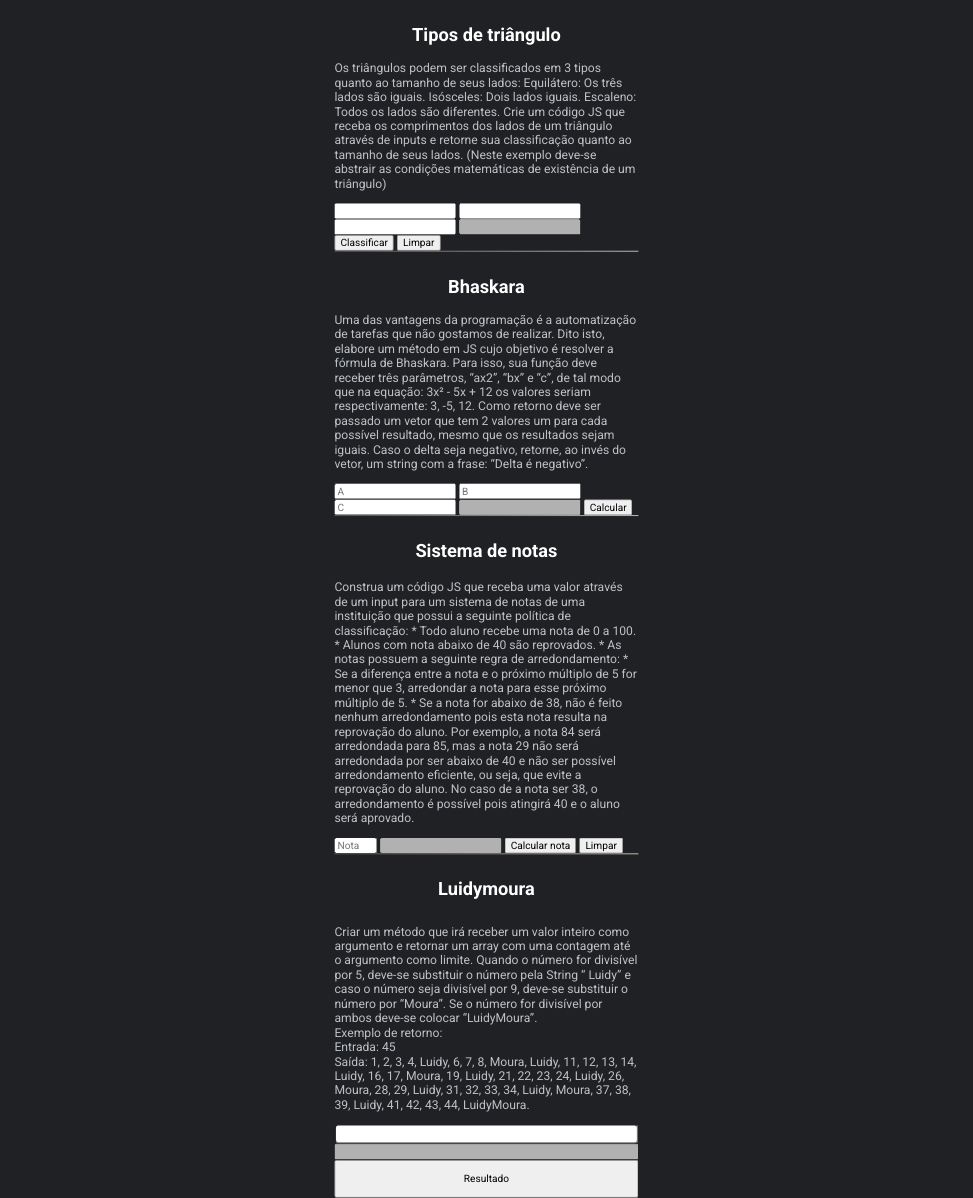
Repository: viviij/Fun-es-Simples-JavaScript
Page: index.html
These files come from the project's save history. The page is drawn as it stood at one moment and after the next save; the edit follows.
The browser window is 1280 px wide. The pictures show the whole page, at 76% of full size.

Above is the page before, as saved 2022-08-26 20:37:30.

### index.html
<!DOCTYPE html>
<html lang="ptBR">
  <head>
    <meta charset="UTF-8">
    <link rel="preconnect" href="https://fonts.gstatic.com" crossorigin>
    <link rel="preconnect" href="https://fonts.googleapis.com">
    <meta http-equiv="X-UA-Compatible" content="IE=edge">
    <meta name="viewport" content="width=device-width, initial-scale=1.0">

    <link href="https://fonts.googleapis.com/css2?family=Roboto:wght@400;700&display=swap" rel="stylesheet">

    <link rel="stylesheet" href="styles.css">
    <title>Prova C3C</title>
  </head>
  <body>
    <div class="container">
      <section class="Tipos de Triângulo">
        <header>
          <h1>Tipos de triângulo</h1>
          <p>
            Os triângulos podem ser classificados em 3 tipos quanto ao tamanho de seus lados:

            Equilátero: Os três lados são iguais.
            Isósceles: Dois lados iguais.
            Escaleno: Todos os lados são diferentes.

            Crie um código JS que receba os comprimentos dos lados de um triângulo através de inputs e retorne sua classificação quanto ao tamanho de seus lados. (Neste exemplo deve-se abstrair as condições matemáticas de existência de um triângulo)
          </p>

        </header>
        <div class="main">
          <input type="number" name="trianguloLado1" id="trianguloLado1"/>
          <input type="number" name="trianguloLado2" id="trianguloLado2"/>
          <input type="number" name="trianguloLado3" id="trianguloLado3"/>

          <input type="text" name="tipoDeTriangulo" id="tipoDeTriangulo" disabled/>

          <button id="classificacaoTriangulo">Classificar</button>
          <button id="limparInputBotao">Limpar</button>
        </div>
      </section>

      <div class="linhaDeDivisaoDasQuestoes"></div>

      <section class="Bhaskara">
        <header>
          <h2>Bhaskara</h2>
          <p>Uma das vantagens da programação é a automatização de tarefas que não gostamos de realizar. Dito isto, elabore um método em JS cujo objetivo é resolver a fórmula de Bhaskara.

            Para isso, sua função deve receber três parâmetros, “ax2”, “bx” e “c”, de tal modo que na equação: 3x² - 5x + 12 os valores seriam respectivamente: 3, -5, 12.

            Como retorno deve ser passado um vetor que tem 2 valores um para cada possível resultado, mesmo que os resultados sejam iguais.

            Caso o delta seja negativo, retorne, ao invés do vetor, um string com a frase: “Delta é negativo”.</p>
        </header>
        <div class="main">
          <input type="number" name="bhaskaraValorA" id="bhaskaraValorA" placeholder="A"/>
          <input type="number" name="bhaskaraValorB" id="bhaskaraValorB" placeholder="B"/>
          <input type="number" name="bhaskaraValorC" id="bhaskaraValorC" placeholder="C"/>

          <input type="text" name="resultadoBhaskara" id="resultadoBhaskara" disabled/>
          <button id="calcularBhaskara">Calcular</button>
        </div>
      </section>

      <div class="linhaDeDivisaoDasQuestoes"></div>

      <section class="Sistema de Notas">
        <header>
          <h3>Sistema de notas</h3>
          <p>Construa um código JS que receba uma valor através de um input para um sistema de notas de uma instituição que possui a seguinte política de classificação:

          * Todo aluno recebe uma nota de 0 a 100.
          * Alunos com nota abaixo de 40 são reprovados.
          * As notas possuem a seguinte regra de arredondamento:
            * Se a diferença entre a nota e o próximo múltiplo de 5 for menor que 3, arredondar a nota para esse próximo múltiplo de 5.
            * Se a nota for abaixo de 38, não é feito nenhum arredondamento pois esta nota resulta na reprovação do aluno.

          Por exemplo, a nota 84 será arredondada para 85, mas a nota 29 não será arredondada por ser abaixo de 40 e não ser possível arredondamento eficiente, ou seja, que evite a reprovação do aluno.
          No caso de a nota ser 38, o arredondamento é possível pois atingirá 40 e o aluno será aprovado.</p>
        </header>
        <div class="main">
          <input type="number" name="notaRecebida" id="notaRecebida"  min="0" max="100" placeholder="Nota"/>

          <input type="text" name="arredondamentoNota" id="arredondamentoNota" disabled/>

          <button id="calcularNota">Calcular nota</button>
          <button id="limparNota">Limpar</button>
        </div>
      </section>

      <div class="linhaDeDivisaoDasQuestoes"></div>

      <section class="LuidyMoura">
        <header>
          <h4>Luidymoura</h4>
          <p>Criar um método que irá receber um valor inteiro como argumento e retornar um array com uma contagem até o argumento como limite.

          Quando o número for divisível por 5, deve-se substituir o número pela String “ Luidy” e caso o número seja divisível por 9, deve-se substituir o número por  “Moura”.
          Se o número for divisível por ambos deve-se colocar “LuidyMoura”.
          <br/>
          Exemplo de retorno:
          <br/>

          Entrada:
          45
          <br/>

          Saída:
          1, 2, 3, 4, Luidy, 6, 7, 8, Moura, Luidy, 11, 12, 13, 14, Luidy, 16, 17, Moura, 19, Luidy, 21, 22, 23, 24, Luidy, 26, Moura, 28, 29, Luidy, 31, 32, 33, 34, Luidy, Moura, 37, 38, 39, Luidy, 41, 42, 43, 44, LuidyMoura.</p>
        </header>
        <div class="main">
          <input type="number" name="valorLuidyMoura" id="valorLuidyMoura">
          <input type="text" name="resultadoLuidyMoura" id="resultadoLuidyMoura" disabled>
          <button id="calculoLuidyMoura">Resultado</button>
        </div>
      </section>
    </div>
    <script src="./js/tipos_de_triangulo.js"></script>
    <script src="./js/sistema_de_notas.js"></script>
    <script src="./js/luidymoura.js"></script>
    <script src="./js/bhaskara.js"></script>
  </body>
</html>

### styles.css
body {
  margin: 0;
  padding: 0;
  box-sizing: border-box;
  background: var(--background-color);
  display: flex;
  justify-content: center;
  font-family: 'Roboto', sans-serif;
  font-weight: 400;
}

body h1,
h2,
h3,
h4,
h5,
h6,
h7,
h8 {
  font-family: 'Roboto', sans-serif;
  font-weight: 700;
}

button,
input,
textarea,
select {
  outline: 0;
  font-family: 'Roboto', sans-serif;
  font-weight: 400;
}

a {
  text-decoration: none;
}

ul {
  list-style: none;
}

:root {
  /*CORES GLOBAIS*/
  --text-color: #bdc1c6;
  --background-color: #202124;
  --title-color: #ffffff;

}

.container section {
  max-height: auto;
  max-width: 400px;
}

section {
  color: var(--text-color);
  margin-top: 2rem;
}

.container .linhaDeDivisaoDasQuestoes {
  height: 1px;
  background: linear-gradient(270deg,
      hsla(33, 100%, 88%, 1) 0%,
      hsla(33, 65%, 88%, 0.34) 100%);
}

section h1,
h2,
h3,
h4,
h5 {
  display: flex;
  justify-content: center;
  font-size: 1.5rem;
  color: var(--title-color);
}

.container .questao_1 {}

.container .questao_2 {}

.container .questao_3 {}


/*LuidyMoura QUESTAO 4*/
.LuidyMoura .main {
  display: flex;
  flex-direction: column;
}

#valorLuidyMoura {
  height: 20px;
  width: auto;
  box-shadow: none;
  border-radius: 5px;
  text-align: center;
}

#calculoLuidyMoura {
  height: 50px;
  width: 100%;

}

### js/tipos_de_triangulo.js
//Selecionando itens do HTML
const trianLado1 = document.querySelector("#trianguloLado1");
const trianLado2 = document.querySelector("#trianguloLado2");
const trianLado3 = document.querySelector("#trianguloLado3");
const tipoDeTrian = document.querySelector("#tipoDeTriangulo");
const classTrian = document.querySelector("#classificacaoTriangulo") ;
const limparInput = document.querySelector("#limparInputBotao");
//Marcar "erro" caso alguma resposta nao seja preenchida
trianLado1.onblur = () => {
  if(trianLado1.value == "") {
    trianLado1.style = "border-color: #aa0044";
  }else{
    trianLado1.style = "color: #000000";
  }
}

trianLado2.onblur = () => {
  if(trianLado2.value == "") {
    trianLado2.style = "border-color: #aa0044";
  }else{
    trianLado2.style = "color: #000000";
  }
}

trianLado3.onblur = () => {
  if(trianLado3.value == "") {
    trianLado3.style = "border-color: #aa0044";
  }else{
    trianLado3.style = "color: #000000";
  }
}

//Limpar input apos clicar no botao Limpar
limparInput.onclick = () => {
  trianLado1.value = "";
  trianLado2.value = "";
  trianLado3.value = "";
  tipoDeTrian.value = "";
}

//Classificar o tipo de triangulo apos clicar no botao Classificar
classTrian.onclick = () => {
  //Dar foco no input vazio
  if (trianLado1.value == "" && trianLado2.value != "" && trianLado3.value != "") {
    trianLado1.focus();
  }else if (trianLado2.value == "" && trianLado1.value != "" && trianLado3.value != "") {
    trianLado2.focus();
  }else if (trianLado3.value == "" && trianLado1.value != "" && trianLado2.value != "") {
    trianLado3.focus();
  }

  if(trianLado1.value != "" && trianLado2.value != "" && trianLado3.value != "") {

    if (trianLado1.value != trianLado2.value && trianLado1.value != trianLado3.value && trianLado2.value != trianLado3.value) {
      tipoDeTrian.value = "Escaleno: Todos os lados são diferentes.";

    }else if (trianLado1.value == trianLado2.value && trianLado1.value == trianLado3.value && trianLado2.value == trianLado3.value) {
      tipoDeTrian.value = "Equilátero: Os três lados são iguais.";

    }else{
      tipoDeTrian.value = "Isósceles: Dois lados iguais.";

    }
  }
}

### js/sistema_de_notas.js
const notaRec = document.querySelector("#notaRecebida");
const arreNota = document.querySelector("#arredondamentoNota");
const calcNota = document.querySelector("#calcularNota");
const limparNota = document.querySelector("#limparNota")

//Marcar "erro" caso alguma resposta nao seja preenchida
notaRec.onblur = () => {
  if(notaRec.value == "") {
    notaRec.style = "border-color: #aa0044";
  }else{
    notaRec.style = "color: #000000";
  }
}

//Limpar input apos clicar no botao Limpar
limparNota.onclick = () => {
  notaRec.value = "";
  arreNota.value = "";
}

calcNota.onclick = () => {
  //Dar foco no input vazio
  if (notaRec.value == "") {
    notaRec.focus();
  }
  if(notaRec.value != "") {
    //Função do calculo da nota
    if (notaRec.value > 100 || notaRec.value < 0) {
      arreNota.value = "Valor inválido! Por favor digite um numero de 0 a 100.";
    }else if (notaRec.value < 38) {
      return arreNota.value = "Nem com milagre esse ser vai passar :("
    }

    const tabuadaDo5 = [5, 10, 15, 20, 25, 30, 35, 40, 45, 50, 55, 60, 65, 70, 75, 80, 85, 90, 95, 100];

    for (let i in tabuadaDo5) {
      const int = (nota) => {
        nota = Number.parseFloat(nota);
        return nota
      }
      if (int(notaRec.value)+2 >= tabuadaDo5[i]) {
        arreNota.value = tabuadaDo5[i];
      }
    }
  }
}

### js/luidymoura.js
const valorLuidyM = document.querySelector("#valorLuidyMoura")
const resLuidyM = document.querySelector("#resultadoLuidyMoura")
const calcLuidyM = document.querySelector("#calculoLuidyMoura")
function range(n) {//Função responsavel po ir do 0 até o valor x
  const listaNumerica = []
  for (i = 0; i < n; i++) {
    listaNumerica.push(i+1)
  }

  return listaNumerica
}

//Marcar "erro" caso alguma resposta nao seja preenchida
valorLuidyM.onblur = () => {
  if(valorLuidyM.value == "") {
    valorLuidyM.style = "border-color: #aa0044";
  }else{
    valorLuidyM.style = "color: #000000";
  }
}

calcLuidyM.onclick = () => {
  //dar focus no input caso n tenha sido preenchido
  if (valorLuidyM.value == "") {
    valorLuidyM.focus();
  }

  //logica do luidymoura
  if (valorLuidyM != "") {
    contagem = range(valorLuidyM.value)

    //Divisivel por 9 e 5
    let lista = []
    for (let contador in contagem) {

      //divisivel apenas por 5
      if (contagem[contador] % 9 != 0 && contagem[contador] % 5 == 0) {
        lista.push("Luidy")
      }

      //Divisivel apenas por 9
      if (contagem[contador] % 9 == 0 && contagem[contador] % 5 != 0) {
        lista.push("Moura")
      }

      //divisivel por 5 e 9
      if (contagem[contador] % 9 == 0 && contagem[contador] % 5 == 0) {
        lista.push("LuidyMoura")
      }else if (contagem[contador] % 9 != 0 && contagem[contador] % 5 != 0){
        lista.push(contagem[contador])
      }
    }
    resLuidyM.value = lista
  }

}

### js/bhaskara.js
//Selecionando itens do HTML
const bhaskaVA = document.querySelector("#bhaskaraValorA");
const bhaskaVB = document.querySelector("#bhaskaraValorB");
const bhaskaVC = document.querySelector("#bhaskaraValorC");
const resBhaska = document.querySelector("#resultadoBhaskara");
const calcBhaska = document.querySelector("#calcularBhaskara");
//Marcar "erro" caso alguma resposta nao seja preenchida
bhaskaVA.onblur = () => {
  if(bhaskaVA.value == "") {
    bhaskaVA.style = "border-color: #aa0044";
  }else{
    bhaskaVA.style = "color: #000000";
  }
}

bhaskaVB.onblur = () => {
  if(bhaskaVB.value == "") {
    bhaskaVB.style = "border-color: #aa0044";
  }else{
    bhaskaVB.style = "color: #000000";
  }
}

bhaskaVC.onblur = () => {
  if(bhaskaVC.value == "") {
    bhaskaVC.style = "border-color: #aa0044";
  }else{
    bhaskaVC.style = "color: #000000";
  }
}

//Calcular os valores de bhaskara


calcBhaska.onclick = () => {
  //Dar foco no input vazio
  if (bhaskaVA.value == "" && bhaskaVB.value != "" && bhaskaVC.value != "") {
    bhaskaVA.focus();
  }else if (bhaskaVB.value == "" && bhaskaVA.value != "" && bhaskaVC.value != "") {
    bhaskaVB.focus();
  }else if (bhaskaVC.value == "" && bhaskaVA.value != "" && bhaskaVB.value != "") {
    bhaskaVC.focus();
  }

  if (bhaskaVC.value != "" && bhaskaVA.value != "" && bhaskaVB.value != ""){
    //Função de bhaskara
    const valorDelta = (bhaskaVB.value*bhaskaVB.value) - 4*bhaskaVA.value*(bhaskaVC.value);

    if(valorDelta < 0) {
      resBhaska.value = "Delta é negativo";
    }else{
      let calculoDeX = (-bhaskaVB.value+Math.sqrt(valorDelta))/(2*bhaskaVA.value);
      let calculoDeX2 = (-bhaskaVB.value-Math.sqrt(valorDelta))/(2*bhaskaVA.value);
      bhaskaVA.value = ""
      bhaskaVB.value = ""
      bhaskaVC.value = ""

      resBhaska.value = [calculoDeX, calculoDeX2];
    }
  }
}

After the next save:
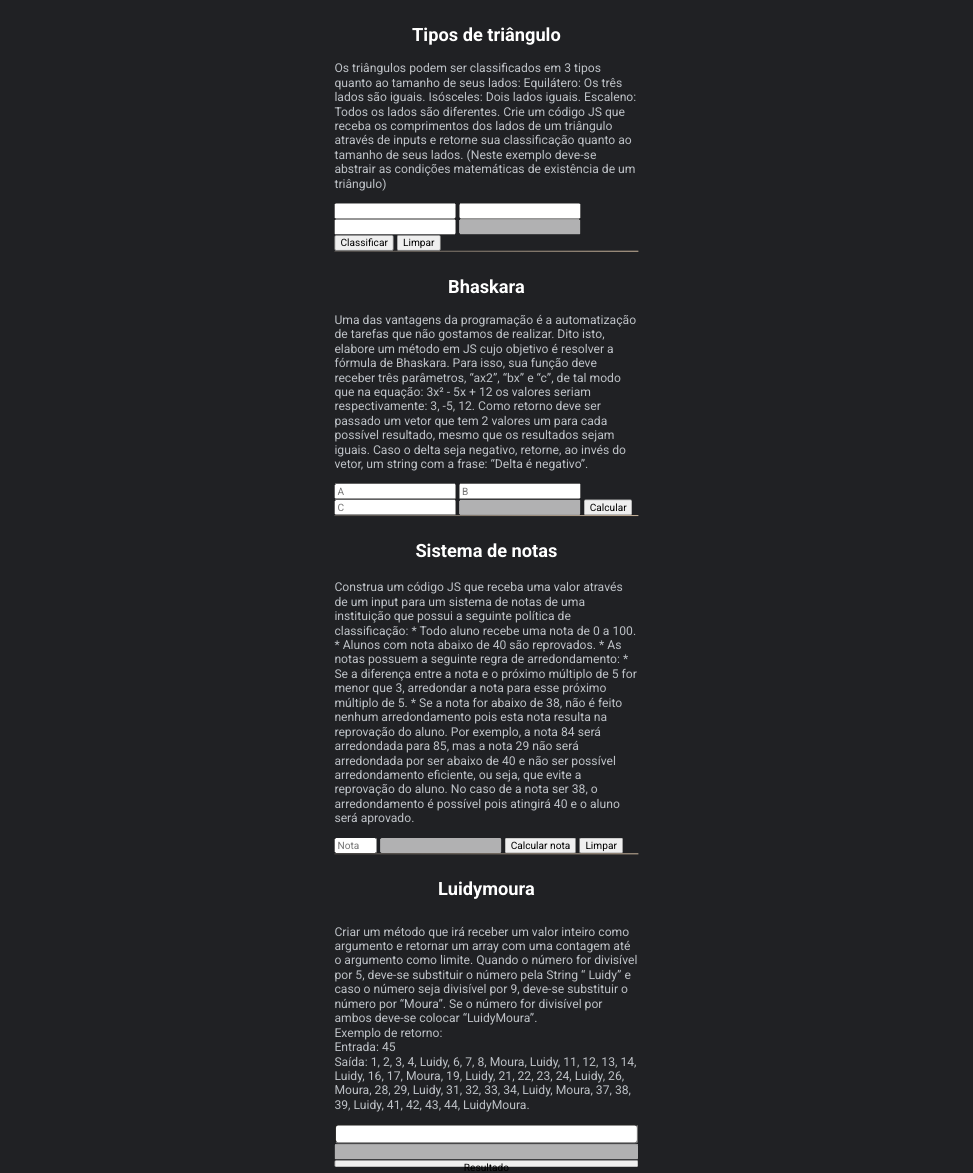
Saved 9 s later.
--- a/styles.css
+++ b/styles.css
@@ -96,7 +96,7 @@ h5 {
 }
 
 #calculoLuidyMoura {
-  height: 50px;
+  height: 10px;
   width: 100%;
 
 }
